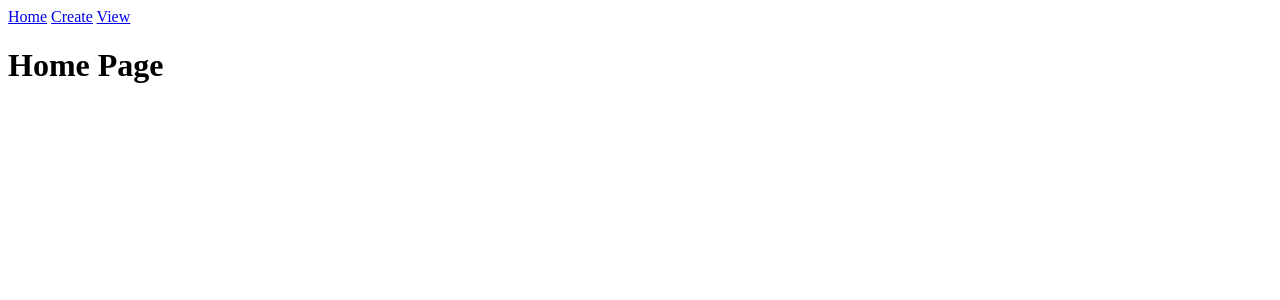
Repository: LudovicARHIMAN/Django-ToDoList
Page: http://localhost/
These files come from the project's save history. The page is drawn as it stood at one moment and after the next save; the edit follows.
The browser window is 1280 px wide. The pictures show the whole page.
The page is served by the project's application, run on Django 5.2 (mysite/manage.py).

Above is the page before, as saved 2024-04-25 09:49:55.

After the next save:
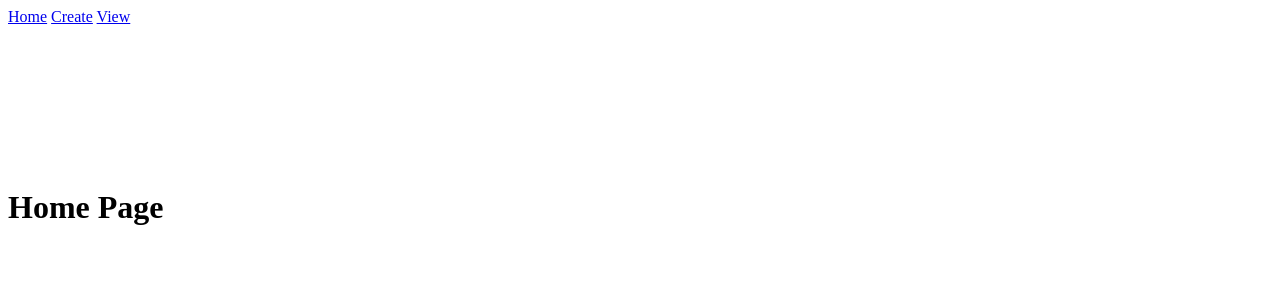
Saved 8 s later.
--- a/mysite/main/templates/main/base.html
+++ b/mysite/main/templates/main/base.html
@@ -5,7 +5,7 @@
     <title>{%block title%}Page de Base{%endblock%}</title>
     <style type="text/css" >
         .sidenav {
-
+            height: 160px;
         }
     </style>
 </head>

After the save that followed:
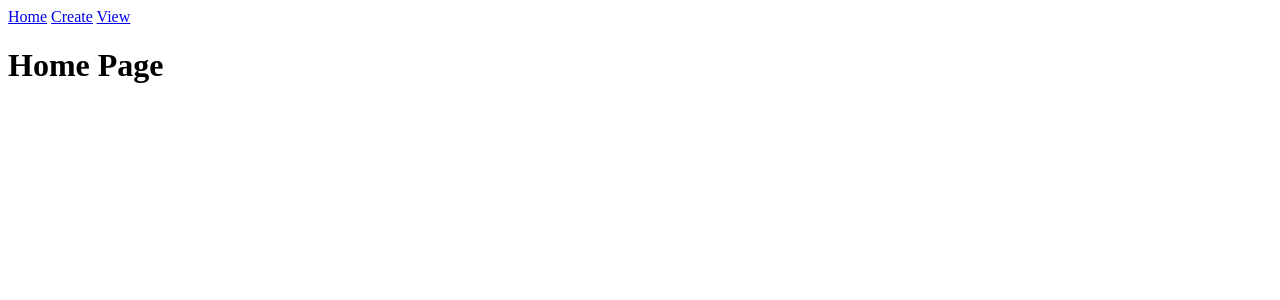
Saved 7 s later.
--- a/mysite/main/templates/main/base.html
+++ b/mysite/main/templates/main/base.html
@@ -5,7 +5,8 @@
     <title>{%block title%}Page de Base{%endblock%}</title>
     <style type="text/css" >
         .sidenav {
-            height: 160px;
+            height: 160%;
+
         }
     </style>
 </head>
